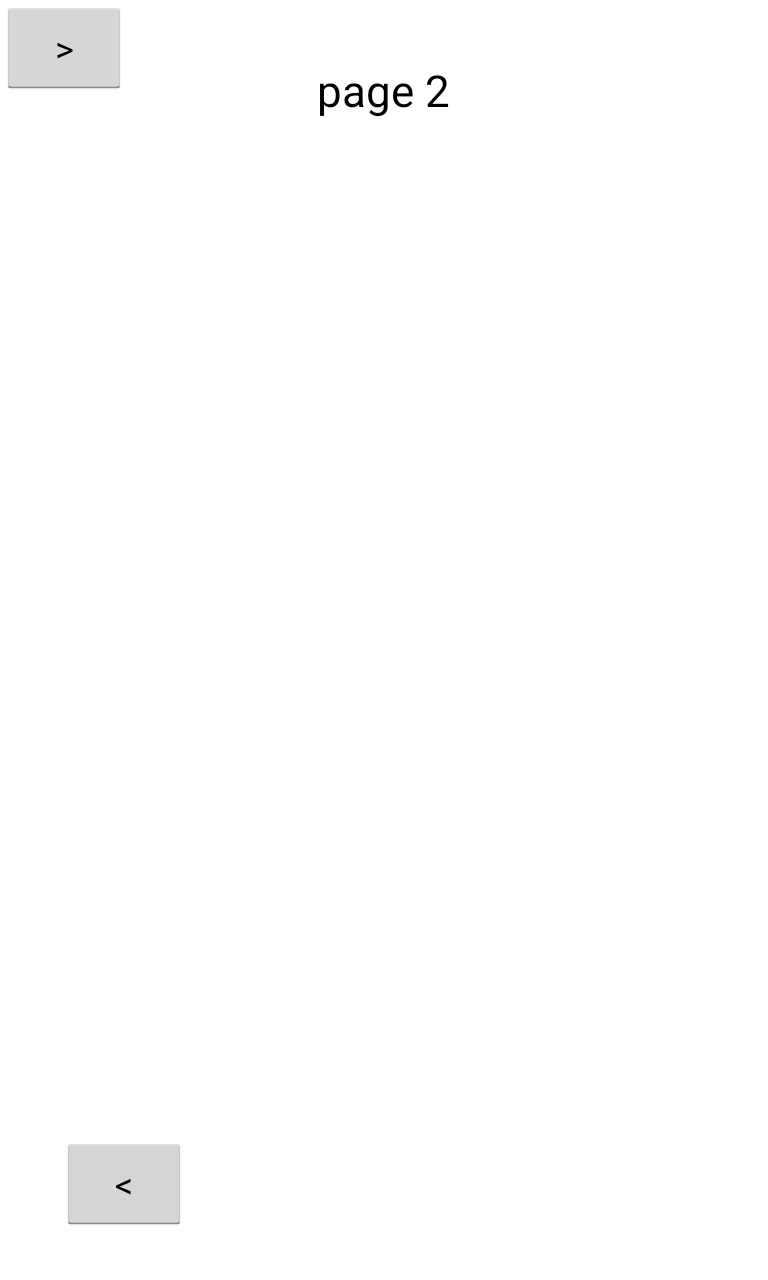
Repository: cho15255/Android-Test
Layout: ApplicationActivity/res/layout/page_2.xml
The author's editor kept a copy of each file at every save. The layout is drawn from the files as they stood at one save, then again after a run of saves.
It is drawn on a 768 x 1280 px phone screen (xhdpi) without system bars, with theme AppTheme; the app's code is not run.

Above is the layout before, as saved 2013-05-14 20:49:12.

### ApplicationActivity/res/layout/page_2.xml
<?xml version="1.0" encoding="utf-8"?>
<RelativeLayout xmlns:android="http://schemas.android.com/apk/res/android"
    android:layout_width="match_parent"
    android:layout_height="match_parent" >

    <TextView
        android:id="@+id/textView1"
        android:layout_width="wrap_content"
        android:layout_height="wrap_content"
        android:layout_alignParentTop="true"
        android:layout_centerHorizontal="true"
        android:layout_marginTop="30dp"
        android:text="@string/page_number_2"
        android:textAppearance="?android:attr/textAppearanceLarge" />

    <Button
        android:id="@+id/button_back_1"
        android:layout_width="wrap_content"
        android:layout_height="wrap_content"
        android:layout_alignParentBottom="true"
        android:layout_marginBottom="24dp"
        android:layout_marginLeft="30dp"
        android:text="@string/button_back" />

    <Button
        android:id="@+id/button_next"
        android:layout_width="wrap_content"
        android:layout_height="wrap_content"
        android:layout_marginBottom="24dp"
        android:layout_marginRight="30dp"
        android:text="@string/button_next" />

</RelativeLayout>

### ApplicationActivity/res/values/strings.xml
<?xml version="1.0" encoding="utf-8"?>
<resources>
    <string name="button_back">&lt; </string>
    <string name="button_back_2">&lt;&lt;</string>
    <string name="button_next">&gt; </string>
    <string name="title">JH Testing</string>
    <string name="app_title">A Testing</string>
    <string name="page_number_1">page 1</string>
    <string name="page_number_2">page 2</string>
    <string name="page_number_3">page 3</string>
    <string name="button_begin">Begin</string>

</resources>

Loaded but not shown: ApplicationActivity/res/values/styles.xml (common file); ApplicationActivity/res/values-v11/styles.xml (common file); ApplicationActivity/res/values-v14/styles.xml (common file)

After the next 3 saves:
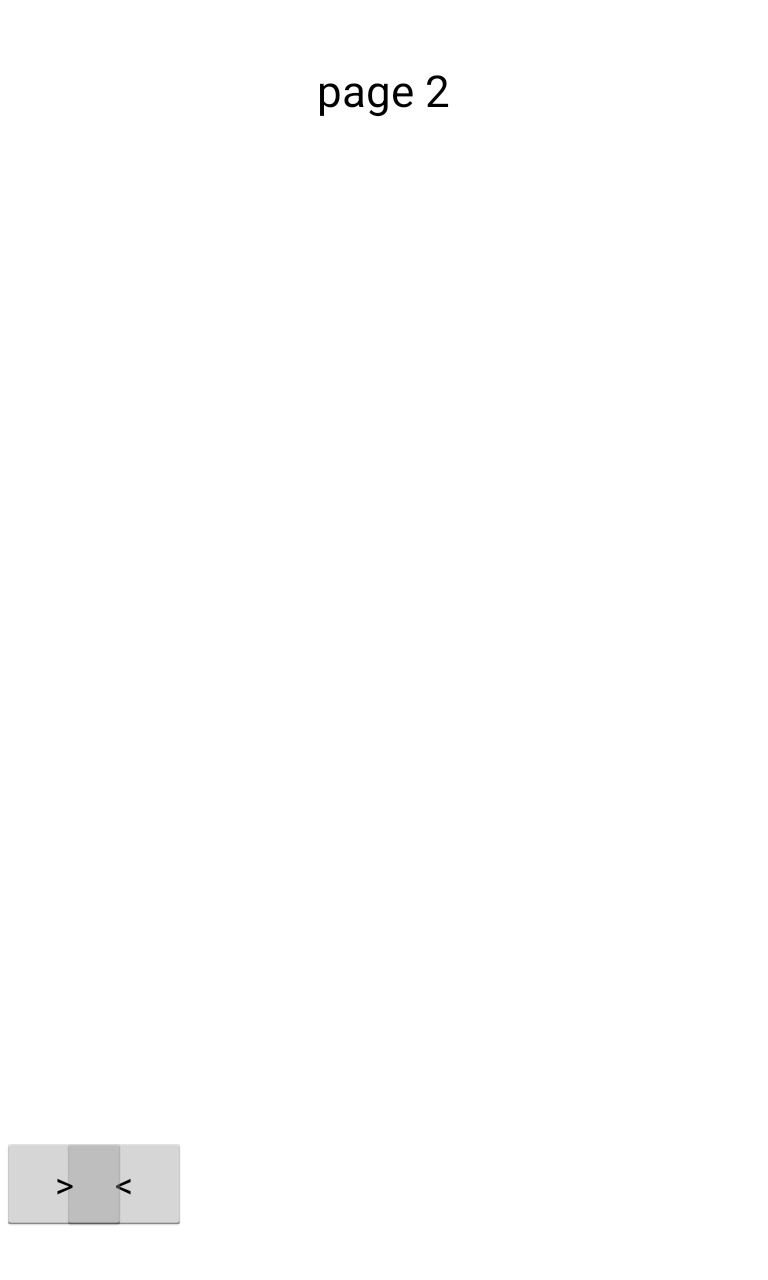
The 3 saves are shown as one change because they came seconds apart.
The last was saved 21 s later.
--- a/ApplicationActivity/res/layout/page_2.xml
+++ b/ApplicationActivity/res/layout/page_2.xml
@@ -26,6 +26,7 @@
         android:id="@+id/button_next"
         android:layout_width="wrap_content"
         android:layout_height="wrap_content"
+        android:layout_alignParentBottom="true"
         android:layout_marginBottom="24dp"
         android:layout_marginRight="30dp"
         android:text="@string/button_next" />
